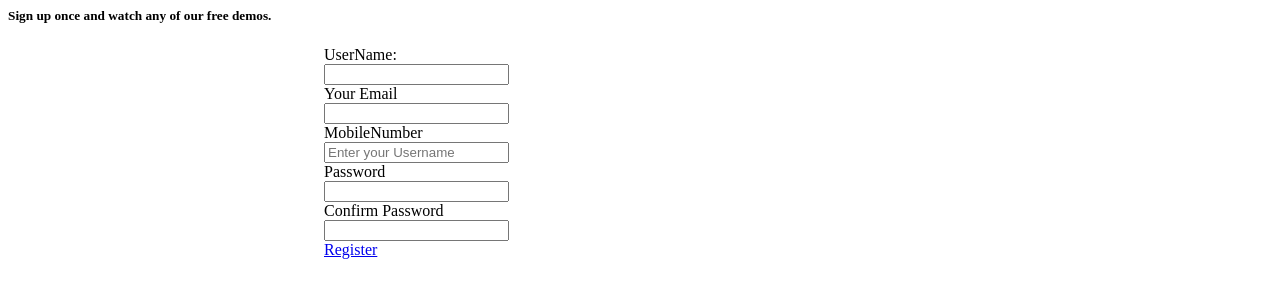
Repository: SUPRIGA/SecondProject
Page: CollaborationFrontEnd/src/main/webapp/user/register.html
An editor plug-in stored every save of this project. The page is shown before and after the next save, followed by the edit.
The browser window is 1280 px wide. The pictures show the whole page.

Above is the page before, as saved 2017-01-16 08:46:34.

### CollaborationFrontEnd/src/main/webapp/user/register.html

	<!--
			<form ng-submit="ctrl.submit()" method="post" style="margin-left: 25%;" name="myForm">
			<h2 style="margin-bottom: 0em;">Register Here</h2>
			<section class="content bgcolor-1" style="margin-top: -3em;">
					<span class="input input--nao" style="margin-top: 0em;">
					<input class="input__field input__field--nao" type="text" id="userName" name="userName" ng-model="ctrl.user.userName" />
					<label class="input__label input__label--nao" for="userName">
						<span class="input__label-content input__label-content--nao">Username</span>
					</label>
					<svg class="graphic graphic--nao" width="300%" height="100%" viewBox="0 0 1200 60" preserveAspectRatio="none">
						<path d="M0,56.5c0,0,298.666,0,399.333,0C448.336,56.5,513.994,46,597,46c77.327,0,135,10.5,200.999,10.5c95.996,0,402.001,0,402.001,0"/>
					</svg>
				</span><br>

					<span class="input input--nao" style="margin-top: -1em;">
					<input class="input__field input__field--nao " type="password" id="passWord" name="passWord" ng-model="ctrl.user.passWord" required  ng-minlength="8"/>
					<label class="input__label input__label--nao" for="passWord">
						<span class="input__label-content input__label-content--nao password">Password</span>
					</label>
					<svg class="graphic graphic--nao" width="300%" height="100%" viewBox="0 0 1200 60" preserveAspectRatio="none">
						<path d="M0,56.5c0,0,298.666,0,399.333,0C448.336,56.5,513.994,46,597,46c77.327,0,135,10.5,200.999,10.5c95.996,0,402.001,0,402.001,0"/>
					</svg>
				</span><br>
					<span class="input input--nao " style="margin-top: -1em;">
					<input class="input__field input__field--nao" type="password" id="confirmPass" name="confirmPass" ng-model="ctrl.user.confirmPass" onkeyup="checkPass(); return false;"/>
					<label class="input__label input__label--nao" for="confirmPass">
						<span class="input__label-content input__label-content--nao">Confirm Password</span>
					</label>
					<svg class="graphic graphic--nao" width="300%" height="100%" viewBox="0 0 1200 60" preserveAspectRatio="none">
						<path d="M0,56.5c0,0,298.666,0,399.333,0C448.336,56.5,513.994,46,597,46c77.327,0,135,10.5,200.999,10.5c95.996,0,402.001,0,402.001,0"/>
					</svg>
				</span><span id="confirmMessage" class="confirmMessage"></span><br>
				<span class="input input--nao" style="margin-top: -1em;">
					<input class="input__field input__field--nao" type="email" id="emailId" name="emailId" ng-model="ctrl.user.emailId"/>
					<label class="input__label input__label--nao" for="emailId">
						<span class="input__label-content input__label-content--nao">Email</span>
					</label>
					<svg class="graphic graphic--nao" width="300%" height="100%" viewBox="0 0 1200 60" preserveAspectRatio="none">
						<path d="M0,56.5c0,0,298.666,0,399.333,0C448.336,56.5,513.994,46,597,46c77.327,0,135,10.5,200.999,10.5c95.996,0,402.001,0,402.001,0"/>
					</svg>
				</span><br>
				<span class="input input--nao" style="margin-top: -1em;">
					<input class="input__field input__field--nao" type="text" id="phoneNo" name="phoneNo" ng-model="ctrl.user.phoneNo"/>
					<label class="input__label input__label--nao" for="phoneNo">
						<span class="input__label-content input__label-content--nao">Phone Number</span>
					</label>
					<svg class="graphic graphic--nao" width="300%" height="100%" viewBox="0 0 1200 60" preserveAspectRatio="none">
						<path d="M0,56.5c0,0,298.666,0,399.333,0C448.336,56.5,513.994,46,597,46c77.327,0,135,10.5,200.999,10.5c95.996,0,402.001,0,402.001,0"/>
					</svg>
				</span><br>
				<span class="input input--nao" style="margin-top: -1em;">
					<input class="input__field input__field--nao" type="text" id="address" name="address" ng-model="ctrl.user.address"/>
					<label class="input__label input__label--nao" for="address">
						<span class="input__label-content input__label-content--nao">Address</span>
					</label>
					<svg class="graphic graphic--nao" width="300%" height="100%" viewBox="0 0 1200 60" preserveAspectRatio="none">
						<path d="M0,56.5c0,0,298.666,0,399.333,0C448.336,56.5,513.994,46,597,46c77.327,0,135,10.5,200.999,10.5c95.996,0,402.001,0,402.001,0"/>
					</svg>
				</span><br>
					<span class="input input--nao" style="margin-top: -1em;">
					<input class="input__field input__field--nao" type="text" id="zipCode" name="zipCode" ng-model="ctrl.user.zipCode"/>
					<label class="input__label input__label--nao" for="zipCode">
						<span class="input__label-content input__label-content--nao">Zip Code</span>
					</label>
					<svg class="graphic graphic--nao" width="300%" height="100%" viewBox="0 0 1200 60" preserveAspectRatio="none">
						<path d="M0,56.5c0,0,298.666,0,399.333,0C448.336,56.5,513.994,46,597,46c77.327,0,135,10.5,200.999,10.5c95.996,0,402.001,0,402.001,0"/>
					</svg>
				</span><br>
				<span class="input input--nao" style="margin-top: 0em;" >
					<select name="role" ng-model="ctrl.user.role" style="outline: none; border-left: none; border-right: none; border-top: none; width: 100%;">
					<option value="">Select your Role</option>
						<option value="student">Student</option>
						<option value="alumini">Alumini</option>
						<option value="employee">Employee</option>
					</select>
				</span><br>
				<div class="row">
				<span class="input input--nao" style="margin-top: -1em; margin-left: 2em;">
				<a href="#login"> Existing User? </a>
				<input type="submit" name="submit" value="Register" class="btn btn-success" style="margin-left: 10em;" ng-disabled="myForm.$invalid">
				  <img ng-if="vm.dataLoading" src="data:[embedded picture, 922 characters]" />
				</span>

				</div>
			</section>




	</form> -->

			<!-- /container -->
		 <script src="js/classie.js"></script>
		<script>
			(function() {
				// trim polyfill : https://developer.mozilla.org/en-US/docs/Web/JavaScript/Reference/Global_Objects/String/Trim
				if (!String.prototype.trim) {
					(function() {
						// Make sure we trim BOM and NBSP
						var rtrim = /^[\s\uFEFF\xA0]+|[\s\uFEFF\xA0]+$/g;
						String.prototype.trim = function() {
							return this.replace(rtrim, '');
						};
					})();
				}

				[].slice.call( document.querySelectorAll( 'input.input__field' ) ).forEach( function( inputEl ) {
					// in case the input is already filled..
					if( inputEl.value.trim() !== '' ) {
						classie.add( inputEl.parentNode, 'input--filled' );
					}

					// events:
					inputEl.addEventListener( 'focus', onInputFocus );
					inputEl.addEventListener( 'blur', onInputBlur );
				} );

				function onInputFocus( ev ) {
					classie.add( ev.target.parentNode, 'input--filled' );
				}

				function onInputBlur( ev ) {
					if( ev.target.value.trim() === '' ) {
						classie.remove( ev.target.parentNode, 'input--filled' );
					}
				}
			})();
		</script>




		<div class="container">

			<div class="row main">
				<div class="main-login main-center">
				<h5>Sign up once and watch any of our free demos.</h5>
					 <form ng-submit="ctrl.submit()" method="post" style="margin-left: 25%;" name="myForm">

						<div class="form-group">
							<label for="userName" class="cols-sm-2 control-label">UserName:</label>
							<div class="cols-sm-10">
								<div class="input-group">
									<span class="input-group-addon"><i class="fa fa-user fa" aria-hidden="true"></i></span>
									<input type="text" class="form-control" type="text" id="userName" name="userName" ng-model="ctrl.user.userName" for="userName"/>
								</div>
							</div>
						</div>

						<div class="form-group">
							<label for="email" class="cols-sm-2 control-label">Your Email</label>
							<div class="cols-sm-10">
								<div class="input-group">
									<span class="input-group-addon"><i class="fa fa-envelope fa" aria-hidden="true"></i></span>
									<input type="text" class="form-control" type="email" for="emailId" id="emailId" name="emailId" ng-model="ctrl.user.emailId"/>
								</div>
							</div>
						</div>

						<div class="form-group">
							<label for="username" class="cols-sm-2 control-label">MobileNumber</label>
							<div class="cols-sm-10">
								<div class="input-group">
									<span class="input-group-addon"><i class="fa fa-users fa" aria-hidden="true"></i></span>
									<input type="text" class="form-control" name="username" id="username"  placeholder="Enter your Username"/>
								</div>
							</div>
						</div>

						<div class="form-group">
							<label for="password" class="cols-sm-2 control-label">Password</label>
							<div class="cols-sm-10">
								<div class="input-group">
									<span class="input-group-addon"><i class="fa fa-lock fa-lg" aria-hidden="true"></i></span>
									<input type="password" class="form-control" type="password" for="passWord"  id="passWord" name="passWord" ng-model="ctrl.user.passWord" required  ng-minlength="8"/>
								</div>
							</div>
						</div>

						<div class="form-group">
							<label for="confirm" class="cols-sm-2 control-label">Confirm Password</label>
							<div class="cols-sm-10">
								<div class="input-group">
									<span class="input-group-addon"><i class="fa fa-lock fa-lg" aria-hidden="true"></i></span>
									<input type="password" class="form-control"type="password" id="confirmPass" name="confirmPass" for="confirmPass" ng-model="ctrl.user.confirmPass" onkeyup="checkPass(); return false;"/>
								</div>
							</div>
						</div>

						<div class="form-group ">
							<a href="http://deepak646.blogspot.in" target="_blank" type="button" id="button" class="btn btn-primary btn-lg btn-block login-button">Register</a>
						</div>

					</form>
				</div>
			</div>
		</div>

		 <!-- jQuery (necessary for Bootstrap's JavaScript plugins) -->

### CollaborationFrontEnd/src/main/webapp/js/classie.js
/*!
 * classie - class helper functions
 * from bonzo https://github.com/ded/bonzo
 *
 * classie.has( elem, 'my-class' ) -> true/false
 * classie.add( elem, 'my-new-class' )
 * classie.remove( elem, 'my-unwanted-class' )
 * classie.toggle( elem, 'my-class' )
 */

/*jshint browser: true, strict: true, undef: true */
/*global define: false */

( function( window ) {

'use strict';

// class helper functions from bonzo https://github.com/ded/bonzo

function classReg( className ) {
  return new RegExp("(^|\\s+)" + className + "(\\s+|$)");
}

// classList support for class management
// altho to be fair, the api sucks because it won't accept multiple classes at once
var hasClass, addClass, removeClass;

if ( 'classList' in document.documentElement ) {
  hasClass = function( elem, c ) {
    return elem.classList.contains( c );
  };
  addClass = function( elem, c ) {
    elem.classList.add( c );
  };
  removeClass = function( elem, c ) {
    elem.classList.remove( c );
  };
}
else {
  hasClass = function( elem, c ) {
    return classReg( c ).test( elem.className );
  };
  addClass = function( elem, c ) {
    if ( !hasClass( elem, c ) ) {
      elem.className = elem.className + ' ' + c;
    }
  };
  removeClass = function( elem, c ) {
    elem.className = elem.className.replace( classReg( c ), ' ' );
  };
}

function toggleClass( elem, c ) {
  var fn = hasClass( elem, c ) ? removeClass : addClass;
  fn( elem, c );
}

var classie = {
  // full names
  hasClass: hasClass,
  addClass: addClass,
  removeClass: removeClass,
  toggleClass: toggleClass,
  // short names
  has: hasClass,
  add: addClass,
  remove: removeClass,
  toggle: toggleClass
};

// transport
if ( typeof define === 'function' && define.amd ) {
  // AMD
  define( classie );
} else {
  // browser global
  window.classie = classie;
}

})( window );

After the next save:
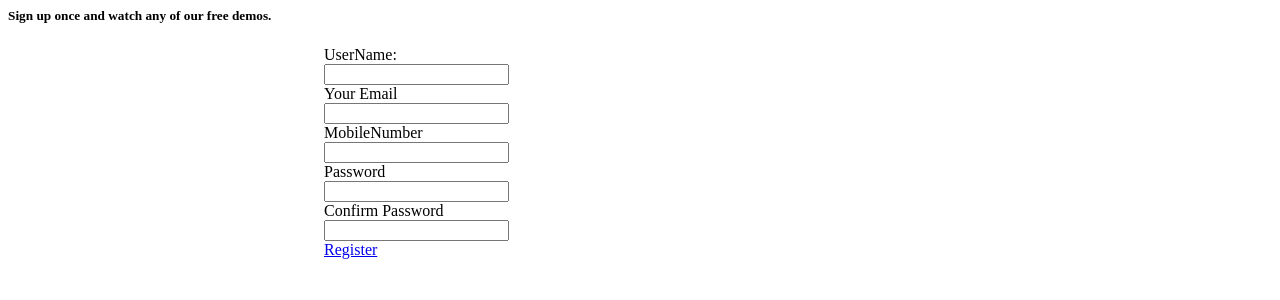
Saved 66 s later.
--- a/CollaborationFrontEnd/src/main/webapp/user/register.html
+++ b/CollaborationFrontEnd/src/main/webapp/user/register.html
@@ -163,7 +163,7 @@
 							<div class="cols-sm-10">
 								<div class="input-group">
 									<span class="input-group-addon"><i class="fa fa-users fa" aria-hidden="true"></i></span>
-									<input type="text" class="form-control" name="username" id="username"  placeholder="Enter your Username"/>
+									<input type="text" class="form-control"type="text" id="phoneNo" for="phoneNo"  name="phoneNo" ng-model="ctrl.user.phoneNo"/>
 								</div>
 							</div>
 						</div>
